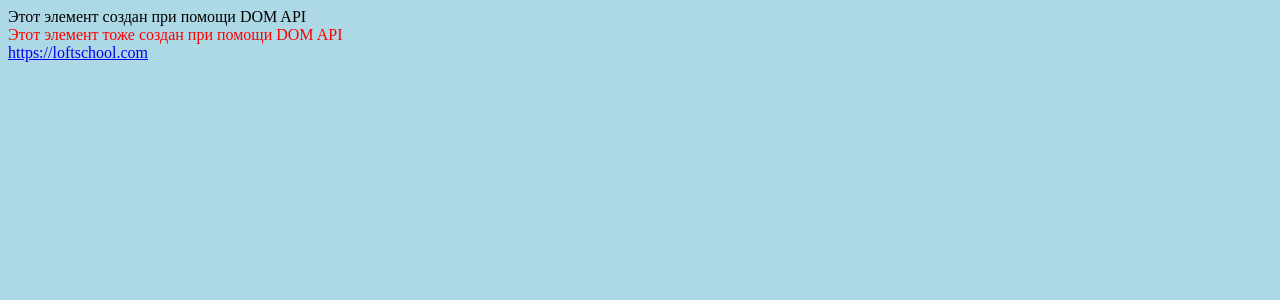
Repository: JohnnyBravo85/LoftSchool-CHOCCO
Page: task1.html
The author's editor kept a copy of each file at every save. The page is drawn from the files as they stood at one save, then again after the next save.
The browser window is 1280 px wide. The pictures show the whole page.

Above is the page before, as saved 2019-05-23 18:00:12.

### task1.html
<!DOCTYPE html>
<html lang="en">
<head>
  <meta charset="UTF-8">
  <meta name="viewport" content="width=device-width, initial-scale=1.0">
  <meta http-equiv="X-UA-Compatible" content="ie=edge">
  <title>Document</title>
</head>
<style>
  body {
    background: lightblue;
  }
</style>
<body>
  <script src="./js/task2.js"></script>
</body>
</html>

### js/task2.js
//TASK 1
const elementDiv = document.createElement('div');
document.body.appendChild(elementDiv);
elementDiv.textContent = 'Этот элемент создан при помощи DOM API';

//TASK 2
const elementDiv2 = document.createElement('div');
elementDiv2.classList.add('inner');
elementDiv2.textContent = 'Этот элемент тоже создан при помощи DOM API';
elementDiv.appendChild(elementDiv2);

//TASK 3
elementDiv2.style.color = 'red';

//TASK 4
elementDiv2.addEventListener('click', function() {
  console.log('Этот текст говорит о том, что я всё сделал правильно');
  });

  //TASK 5
  const elementA = document.createElement('a');
  elementA.href = 'https://loftschool.com';
  elementA.textContent = 'https://loftschool.com';
  document.body.appendChild(elementA);
  elementA.addEventListener('click', function () {
    console.log('Я кликнул на ссылку' + ' ' + elementA.href);
    event.preventDefault();
  });

  //TASK 6

  const elementInput = document.createElement('input');
  const elementButton = document.createElement('button');

After the next save:
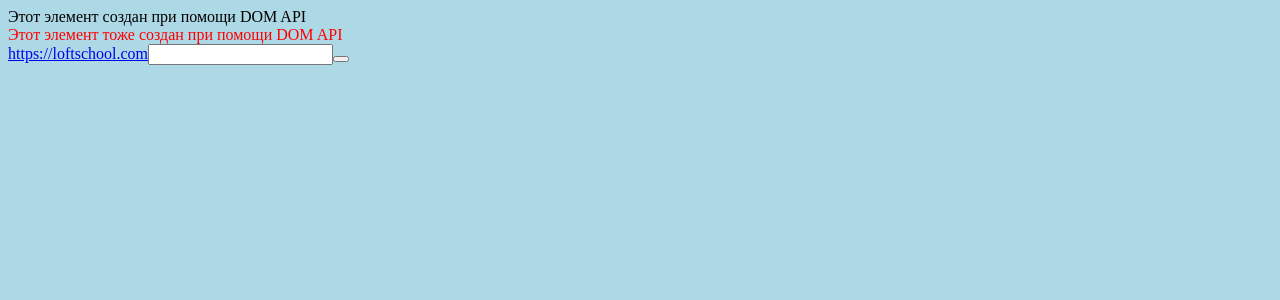
Saved 67 s later.
--- a/js/task2.js
+++ b/js/task2.js
@@ -31,3 +31,5 @@ elementDiv2.addEventListener('click', function() {
 
   const elementInput = document.createElement('input');
   const elementButton = document.createElement('button');
+  document.body.appendChild(elementInput);
+  document.body.appendChild(elementButton);
